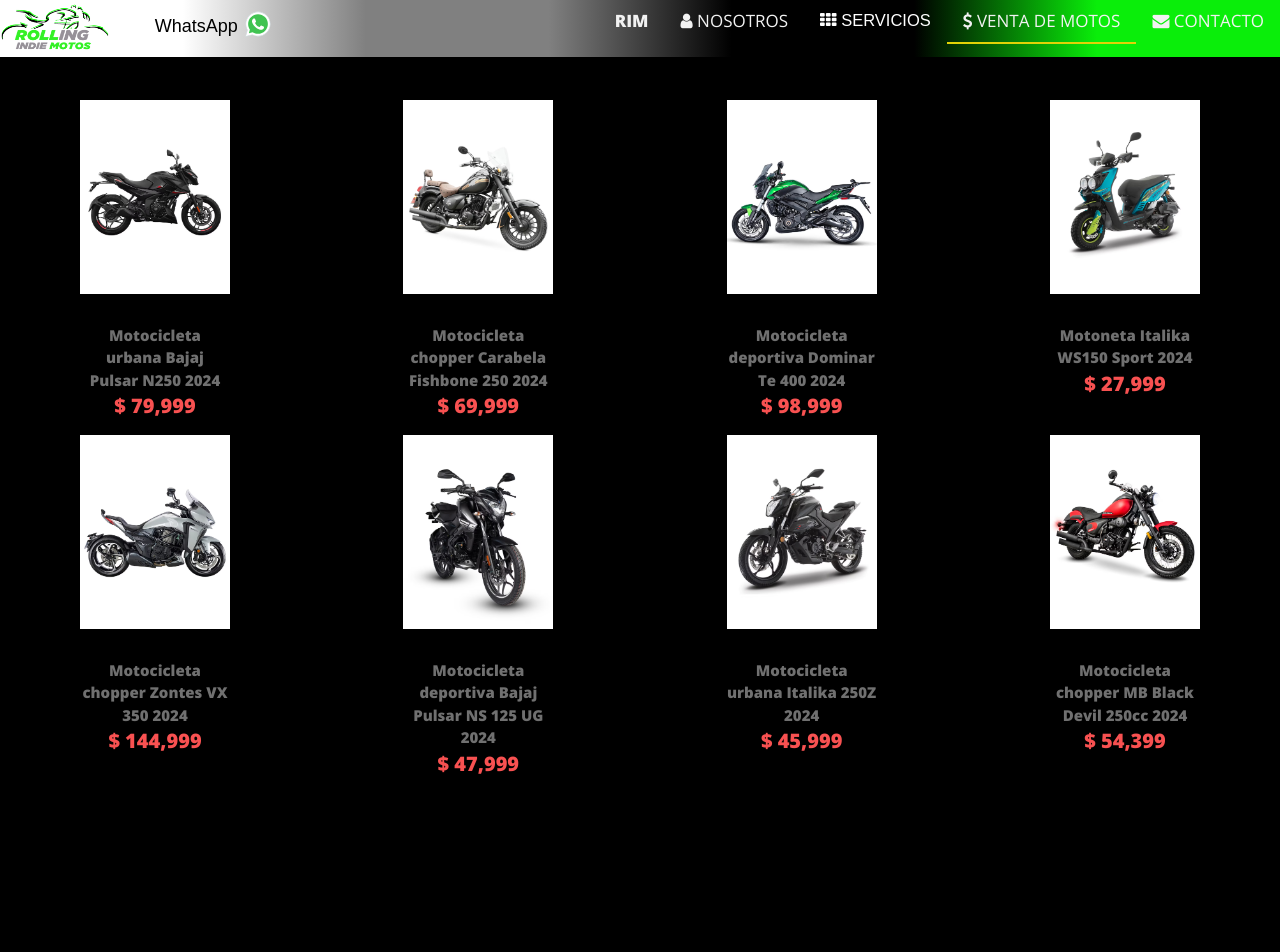
Repository: UVMCoyoacan/eq03_sitio1
Page: 4.0 venta-de-motos.html
An editor plug-in stored every save of this project. The page is shown before and after the next save, followed by the edit.
The browser window is 1280 px wide. The pictures show the part of the page from y = 0 to 952 px (the page is 1714 px tall before and 7214 px after).
A picture or video elsewhere on the page could not be fetched, so the positions and the page height are approximate.

Above is the page before, as saved 2024-04-12 20:06:14.

After the next save:
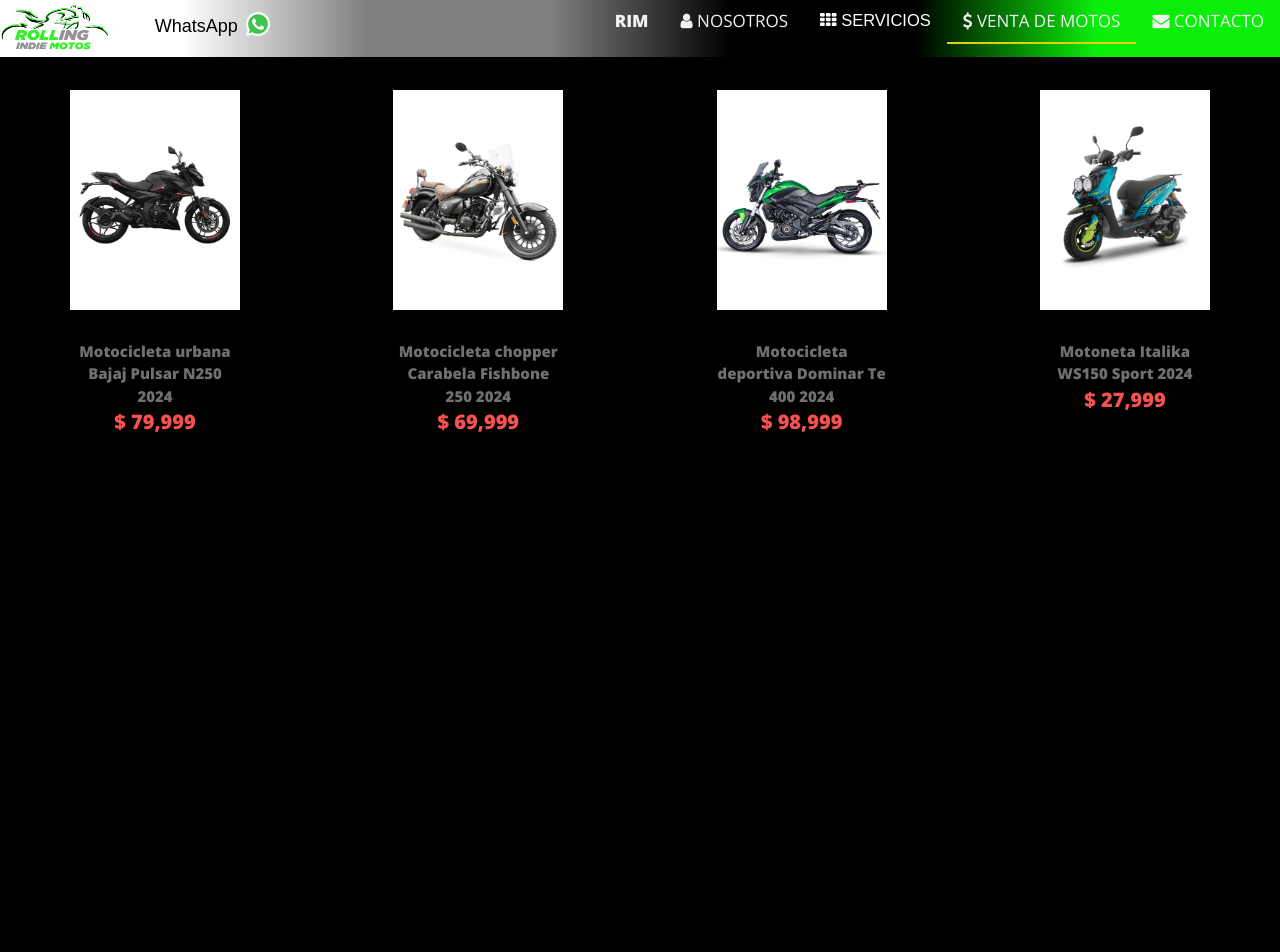
Saved 27 s later.
--- a/Estilos/4.0 ventademotos.css
+++ b/Estilos/4.0 ventademotos.css
@@ -26,8 +26,8 @@
 
 .mostrador .fila .item{
     max-width: 210px;
-    padding: 30px;
-    height: 250px;
+    padding: 20px;
+    height: 3000px;
     /*border: 2px solid red;*/
     text-align: center;
     margin: 0 10px;
